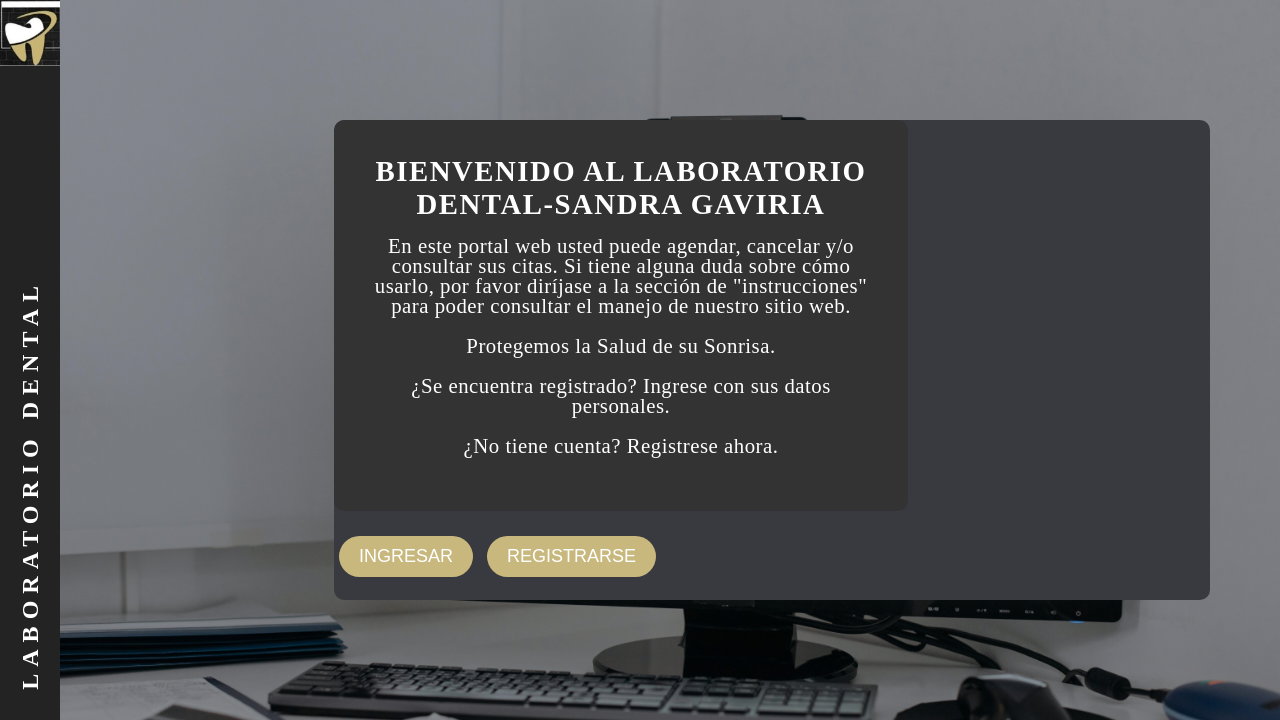
Repository: IIntef/ProyectoDental2.0
Page: Proyecto/Proyecto/Fer.html
An editor plug-in stored every save of this project. The page is shown before and after the next save, followed by the edit.
The browser window is 1280 px wide. The pictures show the whole page.

Above is the page before, as saved 2024-06-14 16:31:52.

After the next save:
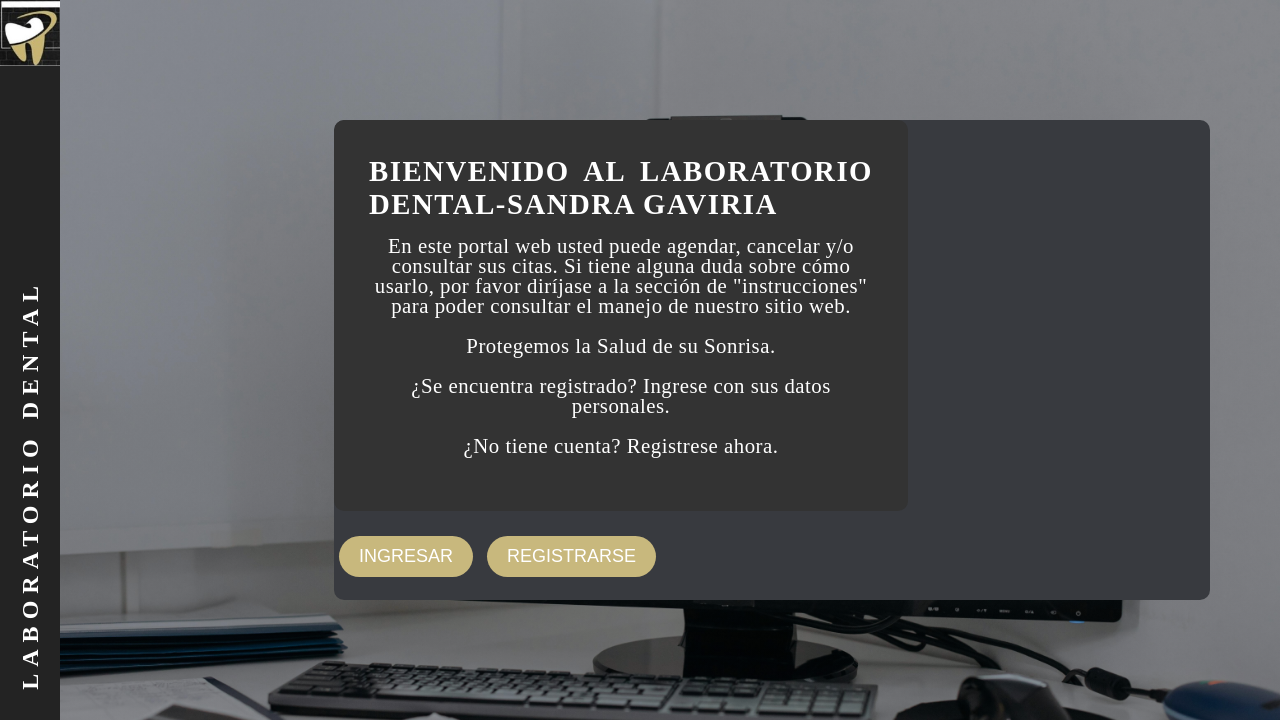
Saved 24 s later.
--- a/Proyecto/Proyecto/StyleFer.css
+++ b/Proyecto/Proyecto/StyleFer.css
@@ -69,7 +69,7 @@ h2{
     font-family: 'Fredoka One';
     letter-spacing: 1.5px;
     font-size: clamp(1.2rem, 2.5vw, 1.8rem);
-    text-align: center;
+    text-align:justify;
 }
 
 p{
